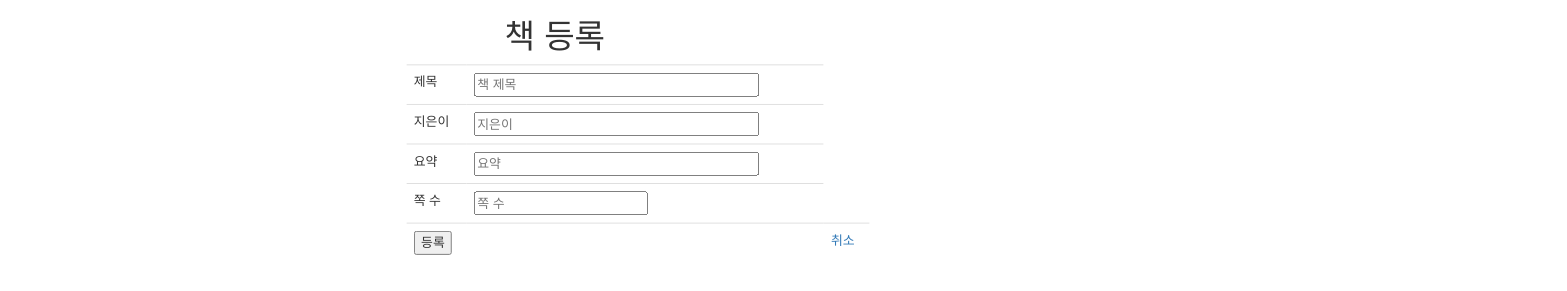
Repository: newzinee/SKDidimdolSpring
Page: http://localhost/AZBookPrj/insertBook.jsp
The author's editor kept a copy of each file at every save. The page is drawn from the files as they stood at one save, then again after the next save.
The browser window is 1280 px wide. The page is 1703 px wide, so the pictures cover 1703 px, including what lies to the right of the window. The pictures show the whole page, at 92% of full size.
The page is served by Tomcat 9. Nobody is signed in. The application's start-up code is not run.

Above is the page before, as saved 2017-02-12 14:10:52.
Console error (its wording comes from the project's code and is left out).

After the next save:
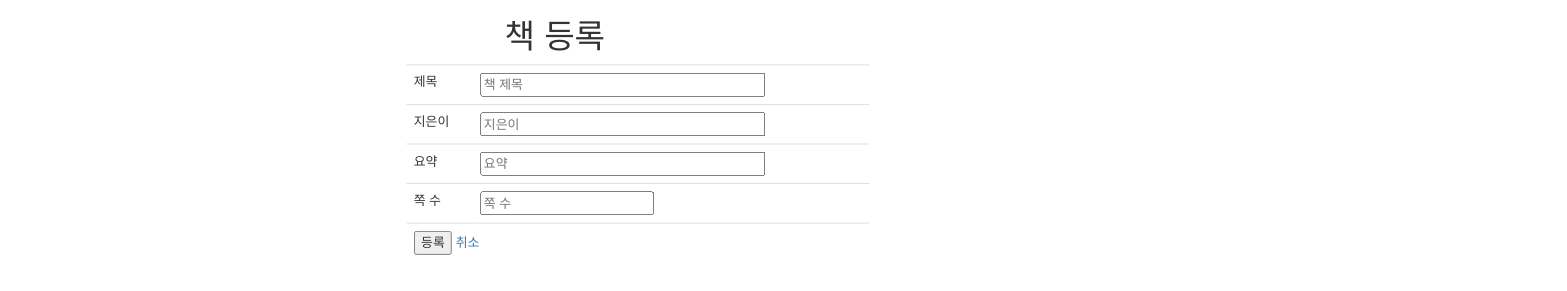
Saved 14 s later.
--- a/AZBookPrj/WebContent/insertBook.jsp
+++ b/AZBookPrj/WebContent/insertBook.jsp
@@ -43,7 +43,7 @@
 				</tr>
 				<tr>
 					<td colspan="2"><input type="submit" value="등록">
-					<td><a href="getBookList.do">취소</a></td>
+					<a href="getBookList.do">취소</a></td>
 				</tr>
 			</table>
 		</form>
